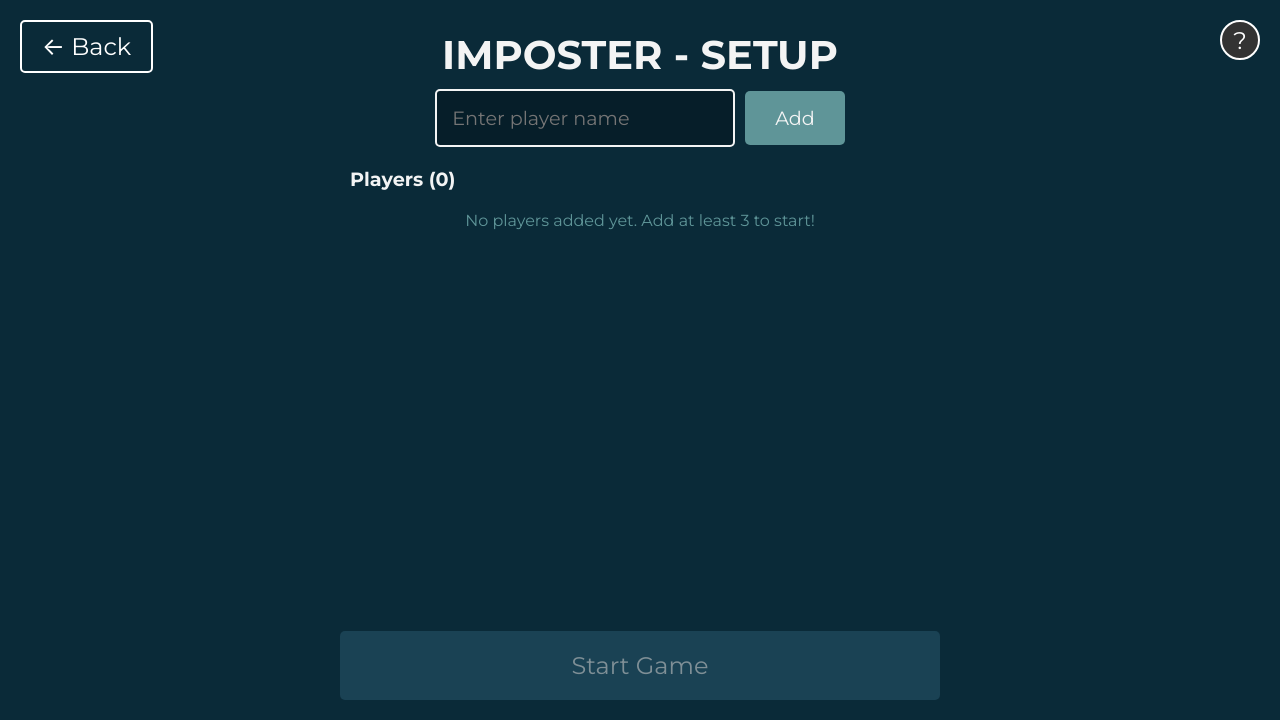
Repository: nfemmanuel/game-night-app
Page: /imposter-reveal
The author's editor kept a copy of each file at every save. The page is drawn from the files as they stood at one save, then again after the next save.
The browser window is 1280 px wide. The pictures show the whole page.
The project was rebuilt for these pictures with package versions that can differ from the ones it lists, and the page was loaded fresh each time. Also part of the build but not shown: src/components/GameCard.module.css, src/components/GameCard.jsx, src/components/ModeSelector.jsx, src/components/SettingsButton.jsx, src/components/SocialButton.jsx, src/pages/LandingPage.jsx, src/data/wordList.js, src/pages/imposter/ImposterReveal.jsx and 1 more.

Above is the page before, as saved 2026-01-04 00:08:30.

After the next save:
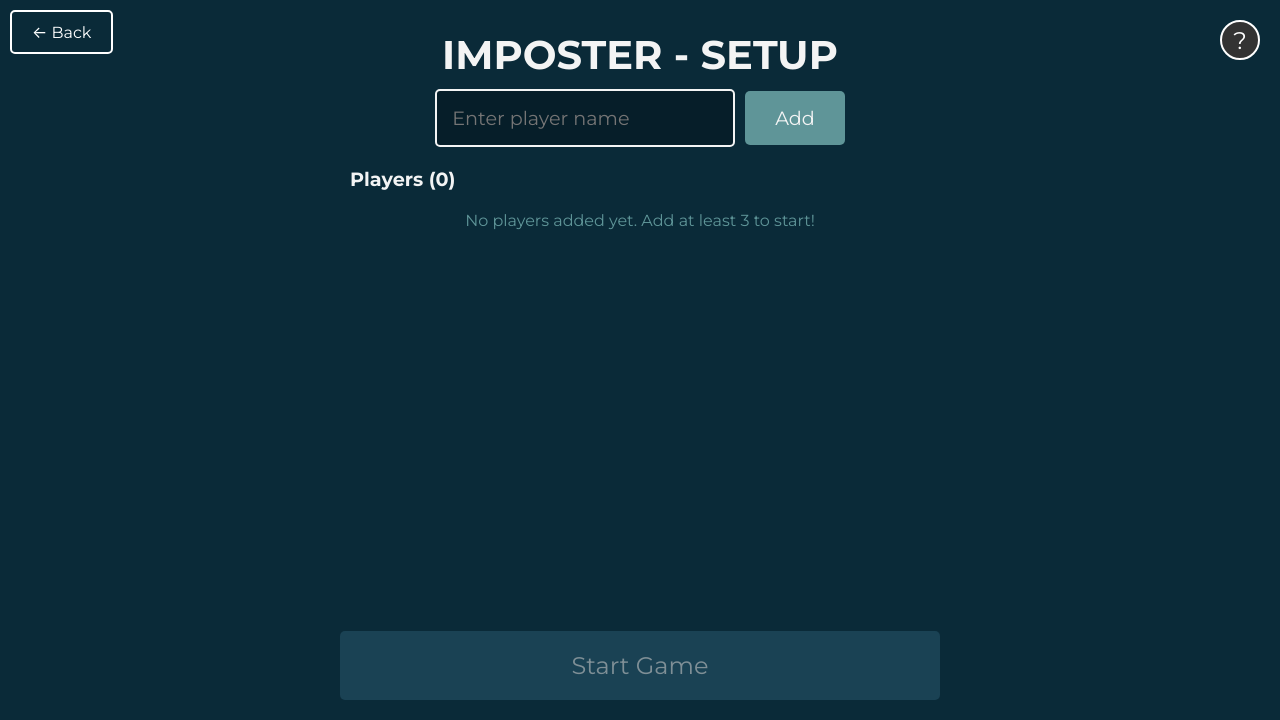
Saved 2 min 18 s later.
--- a/src/components/BackButton.jsx
+++ b/src/components/BackButton.jsx
@@ -1,12 +1,11 @@
 import { useNavigate, useLocation } from 'react-router-dom';
 
-function BackButton({ to = '/', preserveState = false }) {
+function BackButton({ to, preserveState = false }) {
     const navigate = useNavigate();
     const location = useLocation();
 
     const handleBack = () => {
         if (preserveState && location.state) {
-            // Pass along any state (like players list)
             navigate(to, { state: location.state });
         } else {
             navigate(to);
@@ -16,19 +15,18 @@
     return (
         <button
             onClick={handleBack}
-            className="back-button"
             style={{
                 position: 'fixed',
-                top: '20px',
-                left: '20px',
+                top: '10px',
+                left: '10px',
                 padding: '10px 20px',
-                fontSize: '1.5rem',
+                fontSize: '1rem',
                 backgroundColor: 'transparent',
                 border: '2px solid white',
                 color: 'white',
                 cursor: 'pointer',
-                borderRadius: '5px',
-                zIndex: 1000
+                zIndex: 1000,
+                borderRadius: '5px'
             }}
         >
             ← Back
